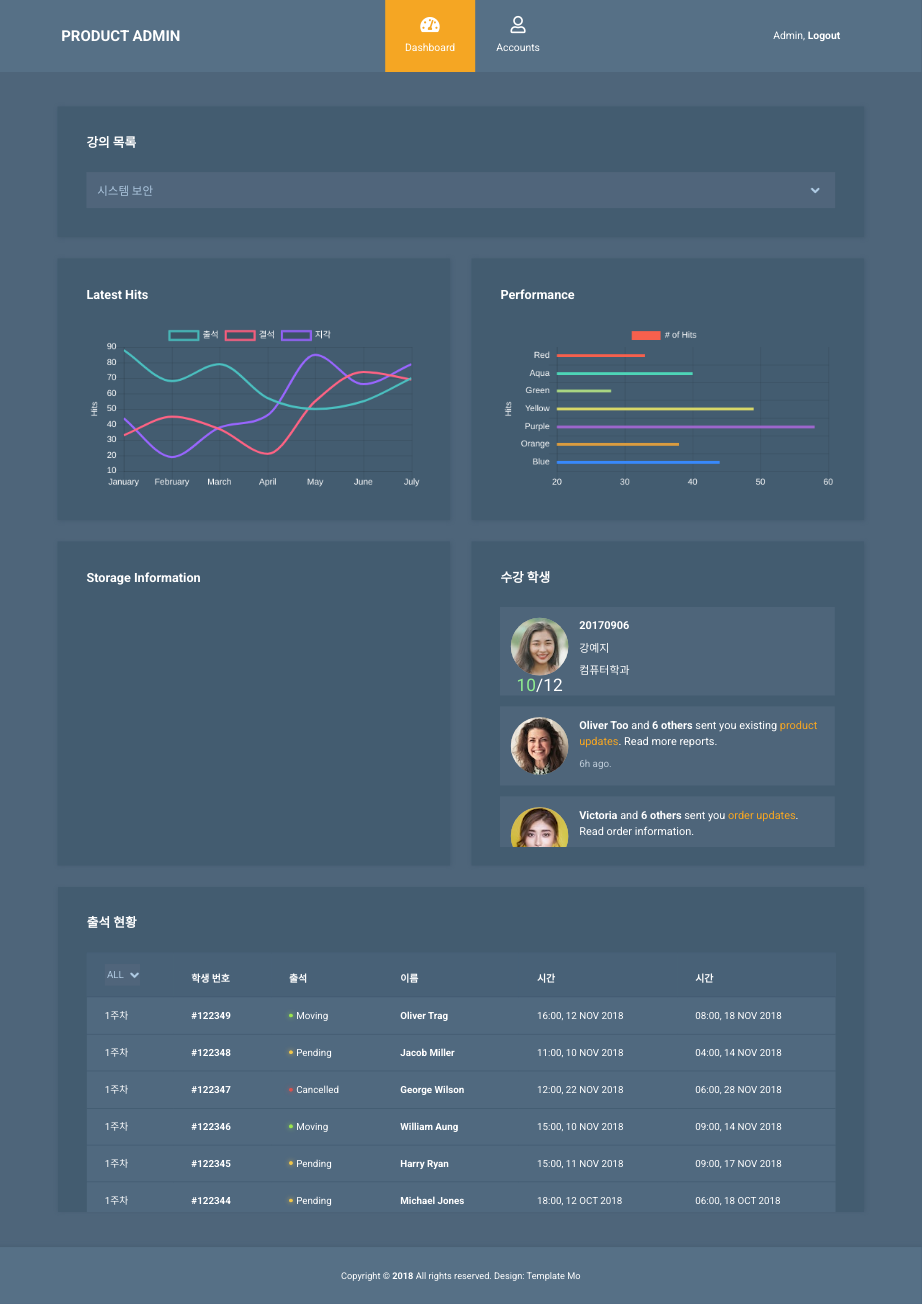
Repository: YJ-S2/2019-FaceAPI
Page: test1-master/web/123/WebContent/web1.html
The author's editor kept a copy of each file at every save. The page is drawn from the files as they stood at one save, then again after the next save.
The browser window is 1280 px wide. The pictures show the whole page, at 72% of full size.
An inner scrolling area shows only its first screen.

Above is the page before, as saved 2019-08-07 07:35:59.
Console error: ReferenceError: drawPieChart is not defined

After the next save:
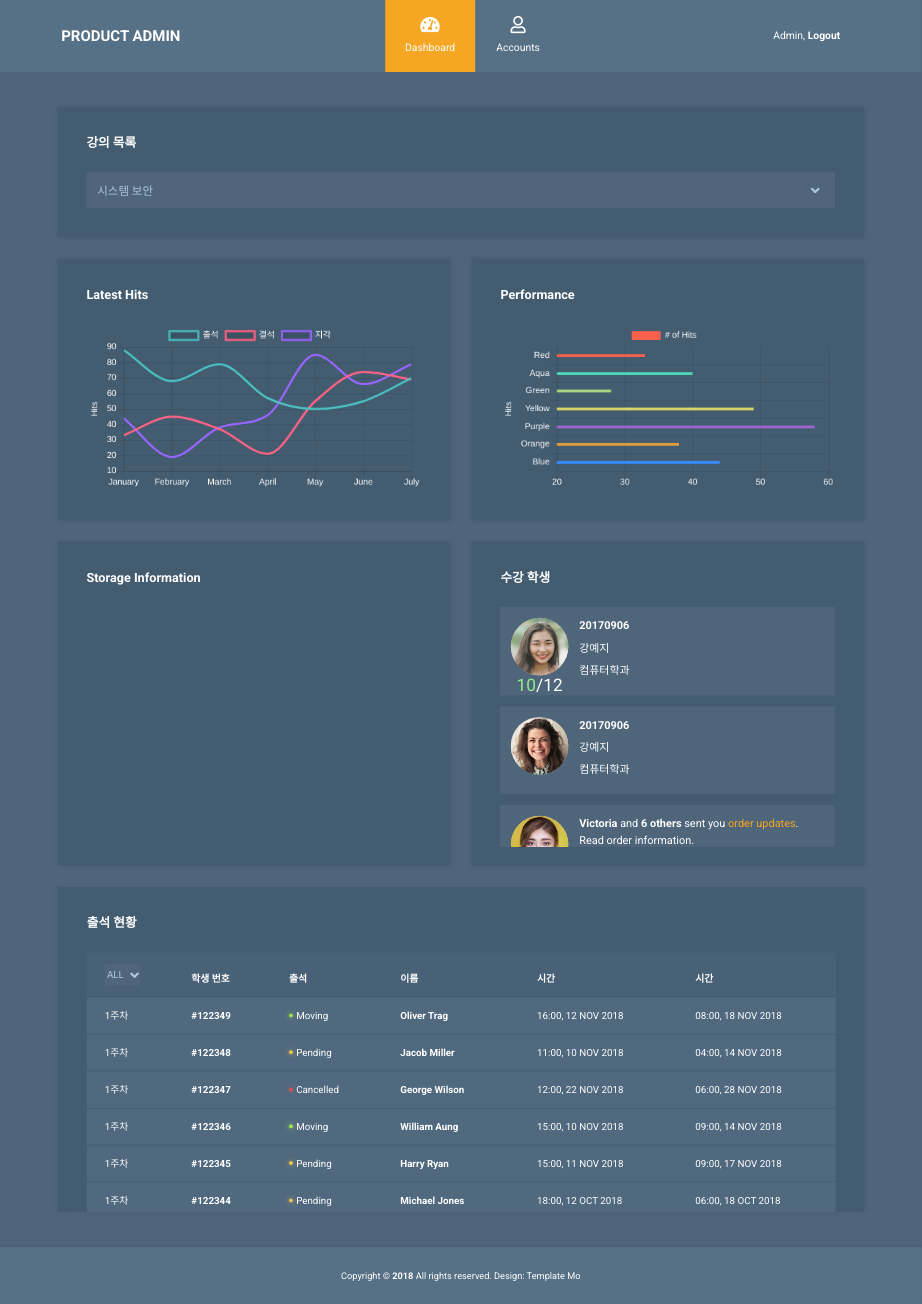
Saved 3 min 13 s later.
--- a/test1-master/web/123/WebContent/web1.html
+++ b/test1-master/web/123/WebContent/web1.html
@@ -143,9 +143,9 @@
                             <div class="media tm-notification-item">
                                 <div class="tm-gray-circle"><img src="img/notification-02.jpg" alt="Avatar Image" class="rounded-circle"></div>
                                 <div class="media-body">
-                                    <p class="mb-2"><b>Oliver Too</b> and <b>6 others</b> sent you existing <a href="#"
-                                            class="tm-notification-link">product updates</a>. Read more reports.</p>
-                                    <span class="tm-small tm-text-color-secondary">6h ago.</span>
+                                    <p class="mb-2"><b>20170906</b></p>
+	                                    <p class="mb-2">강예지</p>
+	                                    <p class="mb-2">컴퓨터학과</p>
                                 </div>
                             </div>
                             <div class="media tm-notification-item">
